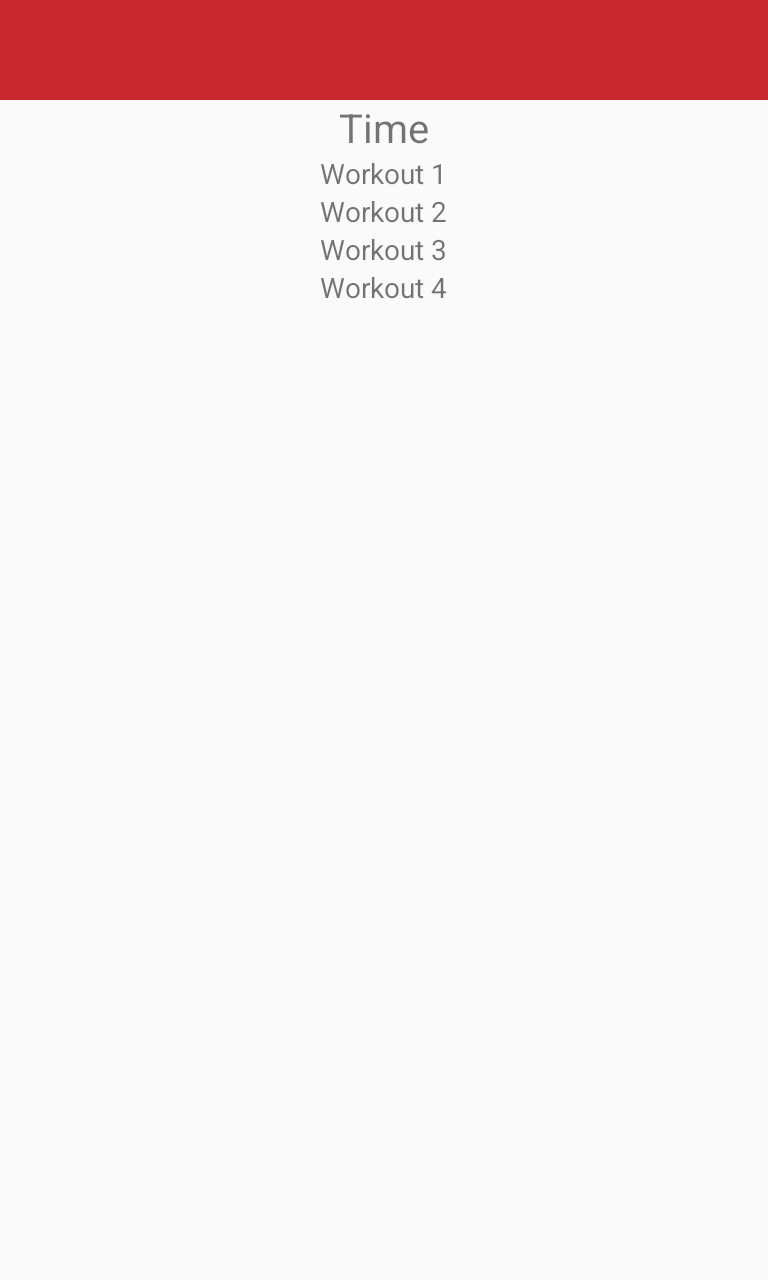
Repository: hackathon-2014/devdroid-repo
Layout: HealthyCompetition/res/layout/battlefield_layout.xml
The author's editor kept a copy of each file at every save. The layout is drawn from the files as they stood at one save, then again after the next save.
It is drawn on a 768 x 1280 px phone screen (xhdpi) without system bars, with theme AppTheme; the app's code is not run.

Above is the layout before, as saved 2014-08-23 18:49:48.

### HealthyCompetition/res/layout/battlefield_layout.xml
<?xml version="1.0" encoding="utf-8"?>
<LinearLayout xmlns:android="http://schemas.android.com/apk/res/android"
    android:layout_width="match_parent"
    android:layout_height="match_parent"
    android:orientation="vertical" >

    <RelativeLayout
        android:id="@+id/relative_layout_versus"
        android:layout_width="match_parent"
        android:layout_height="wrap_content" >

        <ImageView
            android:id="@+id/versus_image"
            android:layout_width="match_parent"
            android:layout_height="50dp"
            android:background="@color/light_red" />

        <TextView
            android:id="@+id/time_view"
            android:layout_width="wrap_content"
            android:layout_height="wrap_content"
            android:layout_below="@+id/versus_image"
            android:layout_centerHorizontal="true"
            android:text="Time"
            android:textSize="20dp" />
    </RelativeLayout>

    <RelativeLayout
        android:id="@+id/workout_layout_one"
        android:layout_width="match_parent"
        android:layout_height="wrap_content"
        android:orientation="vertical" >

        <TextView
            android:id="@+id/workout_one"
            android:layout_width="wrap_content"
            android:layout_height="wrap_content"
            android:layout_centerHorizontal="true"
            android:text="Workout 1" />
    </RelativeLayout>

    <RelativeLayout
        android:id="@+id/workout_layout_two"
        android:layout_width="match_parent"
        android:layout_height="wrap_content"
        android:orientation="vertical" >

        <TextView
            android:id="@+id/workout_two"
            android:layout_width="wrap_content"
            android:layout_height="wrap_content"
            android:layout_centerHorizontal="true"
            android:text="Workout 2" />
    </RelativeLayout>

    <RelativeLayout
        android:id="@+id/workout_layout_three"
        android:layout_width="match_parent"
        android:layout_height="wrap_content"
        android:orientation="vertical" >

        <TextView
            android:id="@+id/workout_three"
            android:layout_width="wrap_content"
            android:layout_height="wrap_content"
            android:layout_centerHorizontal="true"
            android:text="Workout 3" />
    </RelativeLayout>

    <RelativeLayout
        android:id="@+id/workout_layout_four"
        android:layout_width="match_parent"
        android:layout_height="wrap_content"
        android:orientation="vertical" >

        <TextView
            android:id="@+id/workout_four"
            android:layout_width="wrap_content"
            android:layout_height="wrap_content"
            android:layout_centerHorizontal="true"
            android:text="Workout 4" />
    </RelativeLayout>

</LinearLayout>

### HealthyCompetition/res/values/color.xml
<?xml version="1.0" encoding="utf-8"?>
<resources>
    <color name= "light_red">#C7282E</color>
</resources>

Loaded but not shown: HealthyCompetition/res/values/styles.xml (common file); HealthyCompetition/res/values-v11/styles.xml (common file); HealthyCompetition/res/values-v14/styles.xml (common file)

After the next save:
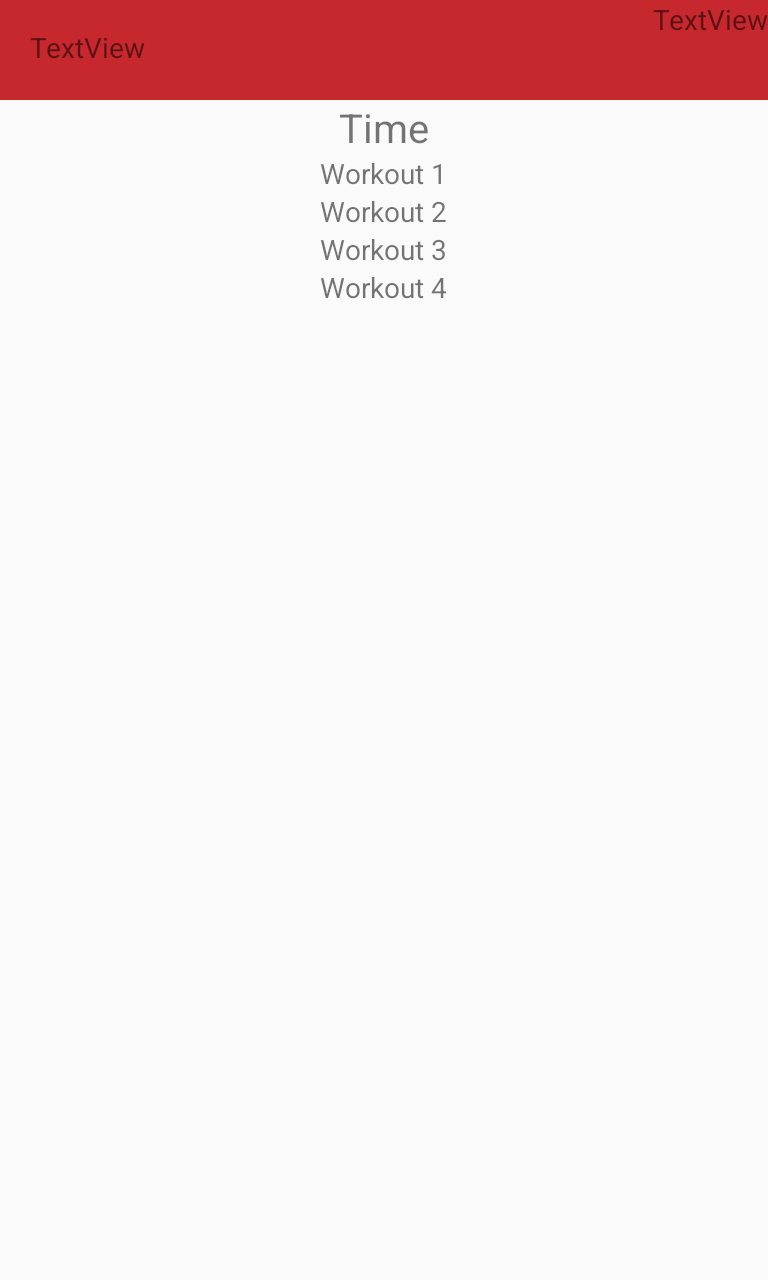
Saved 4 min 51 s later.
--- a/HealthyCompetition/res/layout/battlefield_layout.xml
+++ b/HealthyCompetition/res/layout/battlefield_layout.xml
@@ -23,6 +23,26 @@
             android:layout_centerHorizontal="true"
             android:text="Time"
             android:textSize="20dp" />
+
+        <TextView
+            android:id="@+id/player_one_name"
+            android:layout_width="wrap_content"
+            android:layout_height="wrap_content"
+            android:layout_alignParentLeft="true"
+            android:layout_alignParentTop="true"
+            android:layout_marginLeft="15dp"
+            android:layout_marginTop="14dp"
+            android:text="TextView" />
+
+        <TextView
+            android:id="@+id/player_two_name"
+            android:layout_width="wrap_content"
+            android:layout_height="wrap_content"
+            android:layout_alignBaseline="@+id/textView1"
+            android:layout_alignBottom="@+id/textView1"
+            android:layout_alignParentRight="true"
+            android:text="TextView" />
+
     </RelativeLayout>
 
     <RelativeLayout
